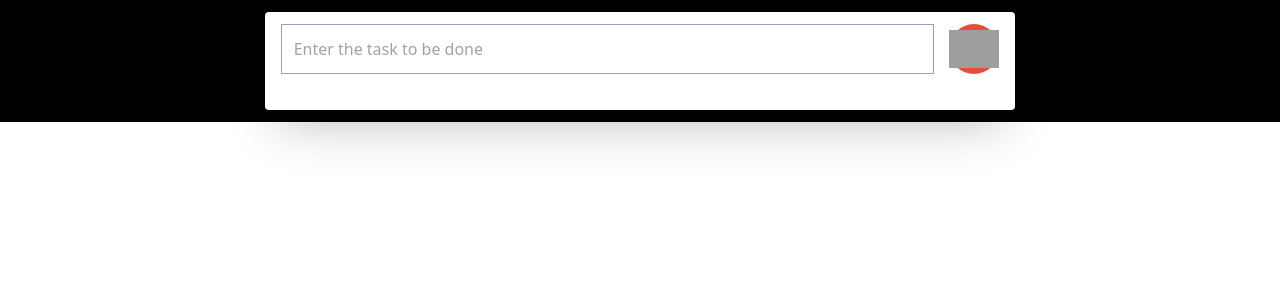
Repository: duttasayan835/todo-app-with-React-and-tailwind-CSS
Page: /
An editor plug-in stored every save of this project. The page is shown before and after the next save, followed by the edit.
The browser window is 1280 px wide. The pictures show the whole page.
Pictures or frames that could not be fetched are drawn as grey boxes. The project was rebuilt for these pictures with package versions that can differ from the ones it lists, and the page was loaded fresh each time. Also part of the build but not shown: src/Components/Item.jsx.

Above is the page before, as saved 2024-06-12 14:00:34.

After the next save:
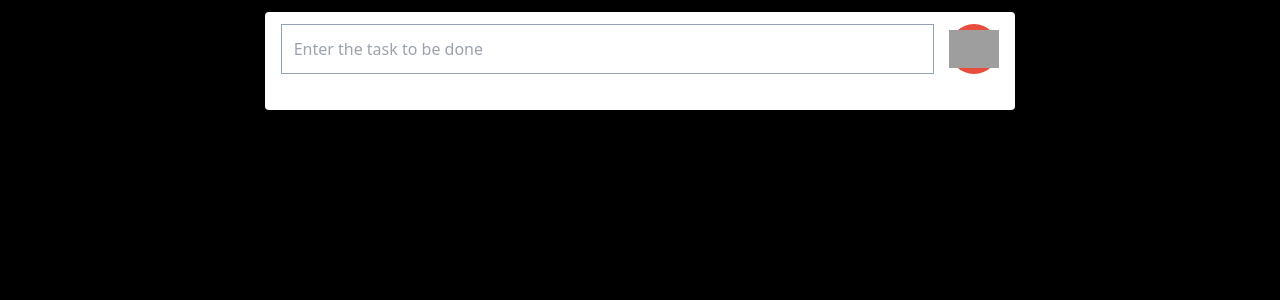
Saved 15 s later.
--- a/src/App.js
+++ b/src/App.js
@@ -26,7 +26,7 @@ function App() {
     ]);
   };
   return (
-    <div className="h-[100%] p-3 bg-black ">
+    <div className="h-screen p-3 bg-black ">
       <div className="max-w-[750px] max-h-[550px] shadow-2xl bg-white mx-auto rounded">
         <Input handler={addToDoHandler} />
         <Box data={todos} removeHandler={removeTodo} />
